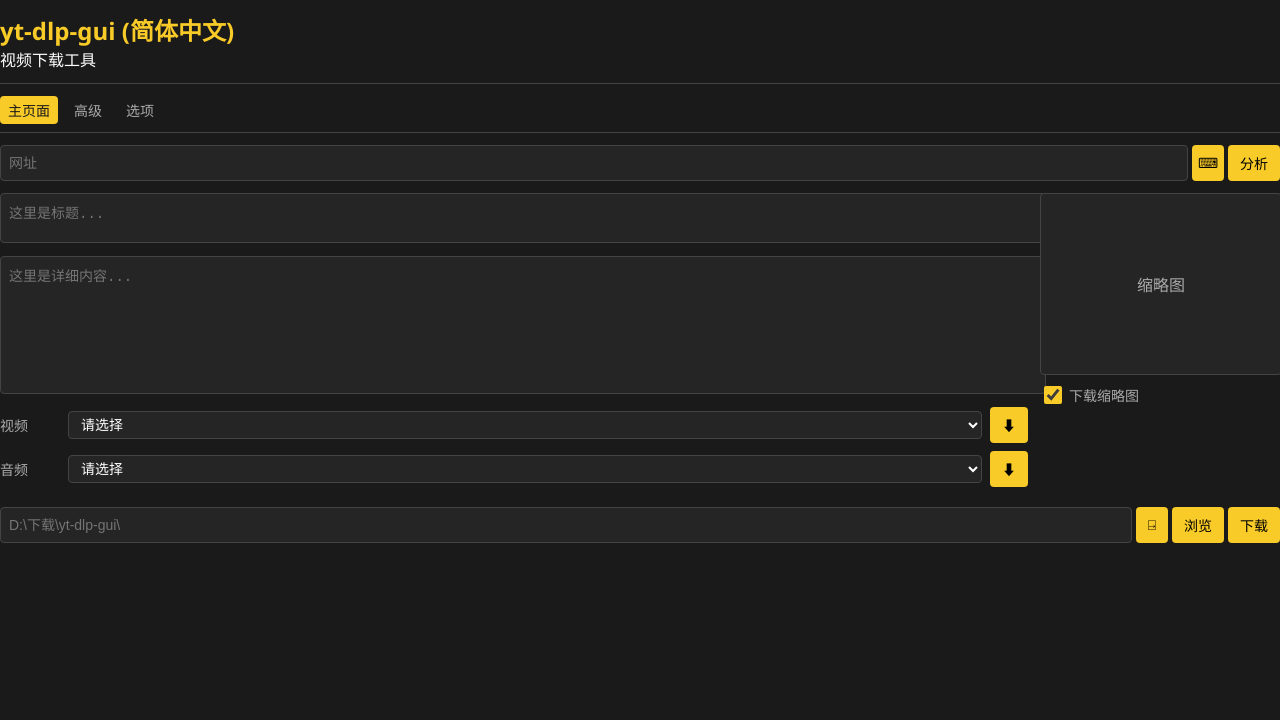
Repository: zArvin6808/yt-TubeSaver
Page: index.html
The author's editor kept a copy of each file at every save. The page is drawn from the files as they stood at one save, then again after the next save.
The browser window is 1280 px wide. The pictures show the whole page.

Above is the page before, as saved 2025-06-07 17:46:19.

### index.html
<!DOCTYPE html>
<html lang="zh-CN">
<head>
  <meta charset="UTF-8" />
  <title>yt-dlp-gui (简体中文)</title>
  <meta name="viewport" content="width=device-width, initial-scale=1.0"/>
  <link rel="stylesheet" href="style.css" />
</head>
<body>

  <!-- 标题栏 -->
  <header class="app-header">
    <h1 class="app-header__title">yt-dlp-gui (简体中文)</h1>
    <span>视频下载工具</span>
  </header>

  <!-- 导航栏 -->
  <nav class="app-nav">
    <a href="#" class="app-nav__item app-nav__item--active" data-page="main">主页面</a>
    <a href="#" class="app-nav__item" data-page="advanced">高级</a>
    <a href="#" class="app-nav__item" data-page="settings">选项</a>
  </nav>

  <!-- 主页面内容 -->
  <main class="app-main">
    <div id="main" class="app-page app-page--active">
    <!-- 网址与按钮 占据整行 -->
    <div class="url-input-group">
      <input type="text" id="urlInput" class="url-input__field" placeholder="网址" />
      <button class="app-btn app-btn--icon" id="pasteButton">⌨</button>
      <button class="app-btn" id="analyzeButton">分析</button>
    </div>

    <!-- 主内容 -->
    <div class="content-area">
      <!-- 左侧面板 -->
      <div class="content-main">
        <textarea class="app-text-input" id="titleInput" placeholder="这里是标题..." readonly></textarea>
        <textarea class="app-text-input app-text-input--content" id="contentTextarea" placeholder="这里是详细内容..."></textarea>

        <!-- 视频行 -->
        <div class="app-selector">
          <label class="app-selector__label">视频</label>
          <select id="video-select" class="app-selector__dropdown">
            <option>请选择</option>
            <option value="video1">视频格式1</option>
            <option value="video2">视频格式2</option>
          </select>
          <button class="app-btn app-btn--download" id="downloadVideoButton">⬇</button>
        </div>

        <!-- 音频行 -->
        <div class="app-selector">
          <label class="app-selector__label">音频</label>
          <select id="audio-select" class="app-selector__dropdown">
            <option>请选择</option>
            <option value="audio1">音频格式1</option>
            <option value="audio2">音频格式2</option>
          </select>
          <button class="app-btn app-btn--download" id="downloadAudioButton">⬇</button>
        </div>
      </div>

      <!-- 右侧面板 -->
      <div class="content-sidebar">
        <div class="app-thumbnail" id="thumbnailPreview">缩略图</div>
        <div class="app-checkbox">
          <input type="checkbox" id="download-thumb" class="app-checkbox__input" checked />
          <label for="download-thumb" class="app-checkbox__label">下载缩略图</label>
        </div>
      </div>
    </div>

    <!-- 路径栏 -->
    <div class="app-path-bar">
      <input type="text" id="pathInput" class="url-input__field" placeholder="D:\下载\yt-dlp-gui\" />
      <button class="app-btn app-btn--icon" id="refreshPathButton">⍈</button>
      <button class="app-btn" id="selectPathButton">浏览</button>
      <button class="app-btn" id="downloadButton">下载</button>
    </div>
  </div>

  <!-- 高级页面 -->
  <div id="advanced" class="page">
    <div class="test-content">
      <h2>高级设置（测试页面）</h2>
      <p>这是高级设置页面的测试内容。该页面将用于配置更详细的下载选项。</p>
      <p>未来这里将包含：</p>
      <ul style="color: #aaa; margin-left: 20px;">
        <li>视频质量设置</li>
        <li>下载速度限制</li>
        <li>字幕选项</li>
        <li>格式选择</li>
      </ul>
    </div>
  </div>

  <!-- 选项页面 -->
  <div id="settings" class="page">
    <div class="test-content">
      <h2>全局设置（测试页面）</h2>
      <p>这是选项设置页面的测试内容。该页面将用于配置软件的全局设置。</p>
      <p>未来这里将包含：</p>
      <ul style="color: #aaa; margin-left: 20px;">
        <li>界面语言设置</li>
        <li>默认下载路径</li>
        <li>代理设置</li>
        <li>主题选择</li>
      </ul>
    </div>
  </div>

  <script src="script.js"></script>
</body>
</html>

### style.css
/* 基础变量 */
:root {
  --primary: #f9cb28;
  --primary-dark: #e6b908;
  --bg-dark: #1a1a1a;
  --bg-light: #252525;
  --text-primary: #fff;
  --text-secondary: #aaa;
  --border: #444;
  --space-1: 4px;
  --space-2: 8px;
  --space-3: 12px;
  --text-sm: 14px;
  --text-md: 16px;
}

/* 基础样式 */
body {
  font-family: 'Segoe UI', system-ui, sans-serif;
  background-color: var(--bg-dark);
  color: var(--text-primary);
  margin: 0;
  padding: 0;
  min-height: 100vh;
}

/* 主容器 */
.container {
  max-width: 1200px;
  margin: 0 auto;
  padding: var(--space-3);
  animation: fadeIn 0.5s ease-out;
}

/* 页面加载动画 */
@keyframes fadeIn {
  from { opacity: 0; transform: translateY(10px); }
  to { opacity: 1; transform: translateY(0); }
}

/* 内容区域统一间距 */
.content-section {
  margin-bottom: var(--space-3);
  padding: var(--space-3);
  background-color: var(--bg-light);
  border-radius: 8px;
  box-shadow: 0 2px 8px rgba(0,0,0,0.1);
}

/* 表单组增强 */
.form-group {
  margin-bottom: var(--space-3);
  transition: all 0.3s ease;
}

.form-group:focus-within {
  transform: translateX(2px);
}

/* 按钮组布局 */
.button-group {
  display: flex;
  gap: var(--space-2);
  margin-top: var(--space-3);
  flex-wrap: wrap;
}

/* 响应式调整 */
@media (max-width: 768px) {
  .container {
    padding: var(--space-2);
  }

  .content-section {
    padding: var(--space-2);
  }

  .button-group {
    flex-direction: column;
  }

  .button-group .app-btn {
    width: 100%;
  }
}

/* 应用头部 */
.app-header {
  padding: var(--space-3) 0;
  margin-bottom: var(--space-3);
  border-bottom: 1px solid var(--border);
}

.app-header__title {
  margin: 0;
  color: var(--primary);
  font-size: 24px;
}

/* 导航栏 */
.app-nav {
  display: flex;
  gap: var(--space-2);
  margin-bottom: var(--space-3);
  padding-bottom: var(--space-2);
  border-bottom: 1px solid var(--border);
}

.app-nav__item {
  padding: var(--space-1) var(--space-2);
  color: var(--text-secondary);
  text-decoration: none;
  border-radius: 4px;
  font-size: var(--text-sm);
}

.app-nav__item--active {
  background-color: var(--primary);
  color: var(--bg-dark);
  font-weight: 500;
}

/* 主内容区 */
.content-area {
  display: flex;
  gap: var(--space-3);
  margin-bottom: var(--space-3);
}

.content-main {
  flex: 1;
}

.content-sidebar {
  width: 240px;
}

/* 文本输入 */
.app-text-input {
  width: 100%;
  padding: var(--space-2);
  background-color: var(--bg-light);
  border: 1px solid var(--border);
  border-radius: 4px;
  color: var(--text-primary);
  font-size: var(--text-sm);
  resize: none;
  margin-bottom: var(--space-2);
}

.app-text-input--content {
  min-height: 120px;
}

/* 选择器 */
.app-selector {
  display: flex;
  align-items: center;
  gap: var(--space-2);
  margin-bottom: var(--space-2);
}

.app-selector__label {
  font-size: var(--text-sm);
  color: var(--text-secondary);
  min-width: 60px;
}

.app-selector__dropdown {
  flex: 1;
  padding: var(--space-1) var(--space-2);
  background-color: var(--bg-light);
  border: 1px solid var(--border);
  border-radius: 4px;
  color: var(--text-primary);
  font-size: var(--text-sm);
}

/* 按钮 */
.app-btn {
  padding: var(--space-2) var(--space-3);
  background-color: var(--primary);
  color: #000;
  border: none;
  border-radius: 4px;
  font-size: var(--text-sm);
  font-weight: 500;
  cursor: pointer;
  transition: all 0.2s ease;
  display: inline-flex;
  align-items: center;
  justify-content: center;
  gap: var(--space-1);
}

.app-btn:hover {
  background-color: var(--primary-dark);
  transform: translateY(-1px);
  box-shadow: 0 2px 4px rgba(0,0,0,0.2);
}

.app-btn:active {
  transform: translateY(0);
  box-shadow: none;
}

.app-btn--icon {
  min-width: 36px;
  min-height: 36px;
}

/* 输入框交互 */
.url-input__field:focus,
.app-text-input:focus,
.app-selector__dropdown:focus {
  outline: none;
  border-color: var(--primary);
  box-shadow: 0 0 0 2px rgba(249, 203, 40, 0.2);
}

/* 导航栏交互 */
.app-nav__item {
  transition: all 0.2s ease;
}

.app-nav__item:hover {
  background-color: rgba(249, 203, 40, 0.1);
}

.app-nav__item--active:hover {
  background-color: var(--primary);
}

.app-btn--icon {
  min-width: 32px;
  padding: var(--space-1);
}

.app-btn--download {
  min-width: 32px;
}

/* 缩略图 */
.app-thumbnail {
  width: 100%;
  height: 180px;
  background-color: var(--bg-light);
  border: 1px solid var(--border);
  border-radius: 4px;
  display: flex;
  align-items: center;
  justify-content: center;
  color: var(--text-secondary);
  margin-bottom: var(--space-2);
}

/* 复选框 */
.app-checkbox {
  display: flex;
  align-items: center;
  gap: var(--space-1);
}

.app-checkbox__input {
  width: 18px;
  height: 18px;
  accent-color: var(--primary);
}

.app-checkbox__label {
  font-size: var(--text-sm);
  color: var(--text-secondary);
}

/* 路径栏 */
.app-path-bar {
  display: flex;
  gap: var(--space-1);
  margin-top: var(--space-3);
}

.url-input-group {
  display: flex;
  gap: var(--space-1);
  margin-bottom: var(--space-3);
}

.url-input__field {
  flex: 1;
  padding: var(--space-2);
  background-color: var(--bg-light);
  border: 1px solid var(--border);
  border-radius: 4px;
  color: var(--text-primary);
  font-size: var(--text-sm);
}

/* 页面容器 */
.app-main {
  position: relative;
  min-height: 500px;
  overflow: hidden;
}

/* 页面切换样式 */
.page {
  position: absolute;
  top: 0;
  left: 0;
  width: 100%;
  height: 100%;
  opacity: 0;
  transform: translateX(20px);
  transition: all 0.3s ease;
  pointer-events: none;
  padding: var(--space-3);
  box-sizing: border-box;
}

.page.app-page--active {
  position: relative;
  opacity: 1;
  transform: translateX(0);
  pointer-events: all;
}

/* 高级和选项页面专用样式 */
.page#advanced,
.page#settings {
  background-color: var(--bg-dark);
}

.page#advanced .test-content,
.page#settings .test-content {
  max-width: 800px;
  margin: 0 auto;
  padding: var(--space-3);
  background-color: var(--bg-light);
  border-radius: 4px;
  border: 1px solid var(--border);
}

.page#advanced .test-content ul,
.page#settings .test-content ul {
  list-style-type: disc;
  color: var(--text-secondary);
  margin-left: var(--space-3);
  padding-left: 0;
}

.page#advanced .test-content li,
.page#settings .test-content li {
  margin-bottom: var(--space-2);
  line-height: 1.5;
}

/* 测试内容区域 */
.test-content {
  padding: var(--space-3);
  background-color: var(--bg-light);
  border-radius: 4px;
  margin-top: var(--space-3);
  border: 1px solid var(--border);
}

.test-content h2 {
  color: var(--primary);
  margin-top: 0;
  font-size: 1.2rem;
  border-bottom: 1px solid var(--border);
  padding-bottom: var(--space-2);
}

.test-content p {
  color: var(--text-secondary);
  line-height: 1.5;
  margin-bottom: var(--space-2);
}

.test-content ul {
  padding-left: var(--space-3);
  margin-bottom: var(--space-2);
  list-style-type: disc;
}

.test-content li {
  margin-bottom: var(--space-1);
  color: var(--text-secondary);
  line-height: 1.5;
}

/* 表单组样式 */
.form-group {
  margin-bottom: var(--space-3);
}

.form-group label {
  display: block;
  margin-bottom: var(--space-1);
  color: var(--text-primary);
  font-size: var(--text-sm);
}

.form-group input[type="text"],
.form-group input[type="number"],
.form-group select,
.form-group textarea {
  width: 100%;
  padding: var(--space-2);
  background-color: var(--bg-dark);
  border: 1px solid var(--border);
  border-radius: 4px;
  color: var(--text-primary);
  font-size: var(--text-sm);
  transition: border-color 0.2s;
}

.form-group input:focus,
.form-group select:focus,
.form-group textarea:focus {
  outline: none;
  border-color: var(--primary);
}

/* 高级选项区域 */
.advanced-options {
  padding: var(--space-3);
  background-color: var(--bg-light);
  border-radius: 4px;
  margin-top: var(--space-3);
}

.advanced-options h2 {
  color: var(--primary);
  margin-top: 0;
  font-size: 1.2rem;
}

.option-group {
  margin-bottom: var(--space-3);
}

.option-group label {
  display: block;
  margin-bottom: var(--space-1);
  color: var(--text-secondary);
  font-size: var(--text-sm);
}

.option-group input[type="text"],
.option-group input[type="number"],
.option-group select {
  width: 100%;
  padding: var(--space-1) var(--space-2);
  background-color: var(--bg-dark);
  border: 1px solid var(--border);
  border-radius: 4px;
  color: var(--text-primary);
  font-size: var(--text-sm);
}

/* 响应式设计 */
@media (max-width: 768px) {
  .content-area {
    flex-direction: column;
  }

  .content-sidebar {
    width: 100%;
  }
}

@media (max-width: 480px) {
  .url-input-group {
    flex-wrap: wrap;
  }

  .app-btn, .url-input__field {
    width: 100%;
  }

  .app-selector {
    flex-wrap: wrap;
  }

  .app-selector__dropdown {
    width: 100%;
  }

  .test-content,
  .advanced-options {
    padding: var(--space-2);
  }
}

Loaded but not shown: script.js (398 lines, source omitted)

After the next save:
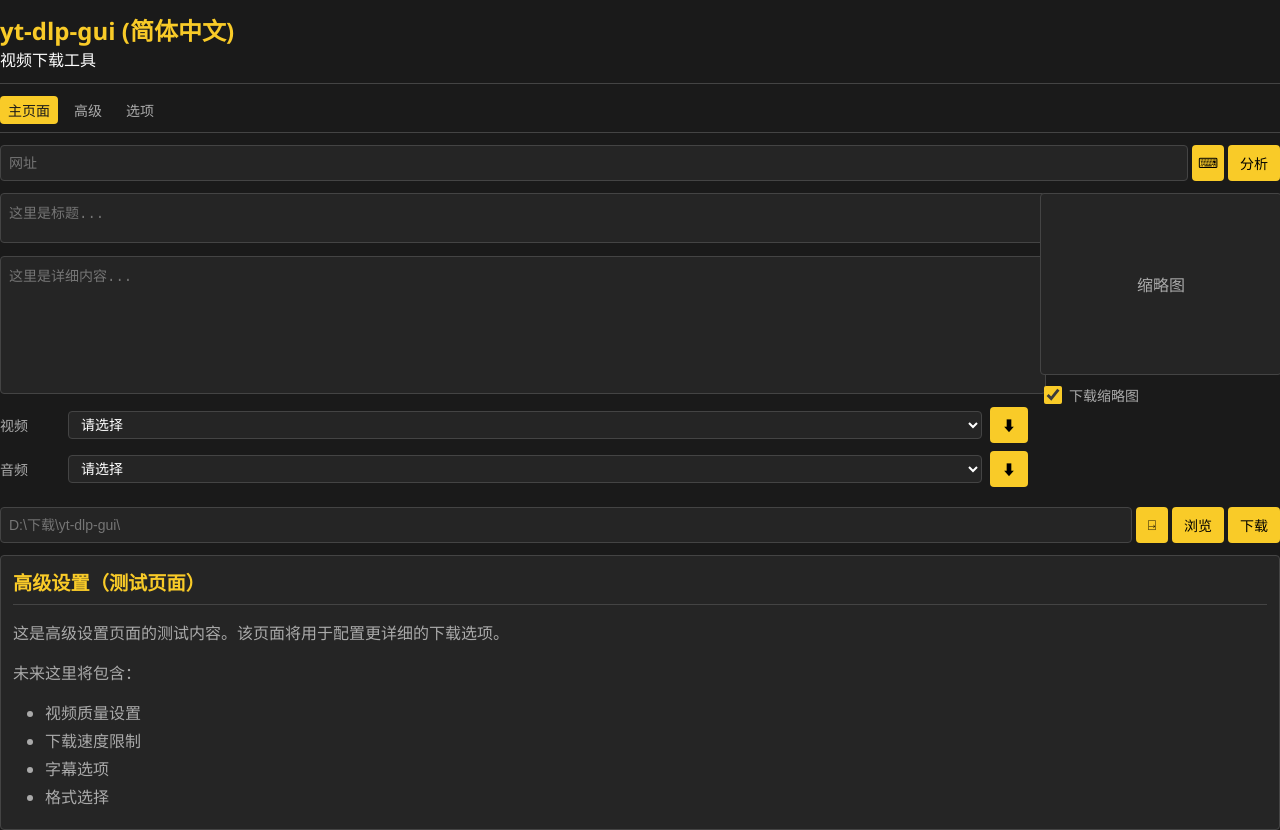
Saved 2 min 37 s later.
--- a/index.html
+++ b/index.html
@@ -81,7 +81,7 @@
   </div>
 
   <!-- 高级页面 -->
-  <div id="advanced" class="page">
+  <div id="advanced" class="app-page">
     <div class="test-content">
       <h2>高级设置（测试页面）</h2>
       <p>这是高级设置页面的测试内容。该页面将用于配置更详细的下载选项。</p>
